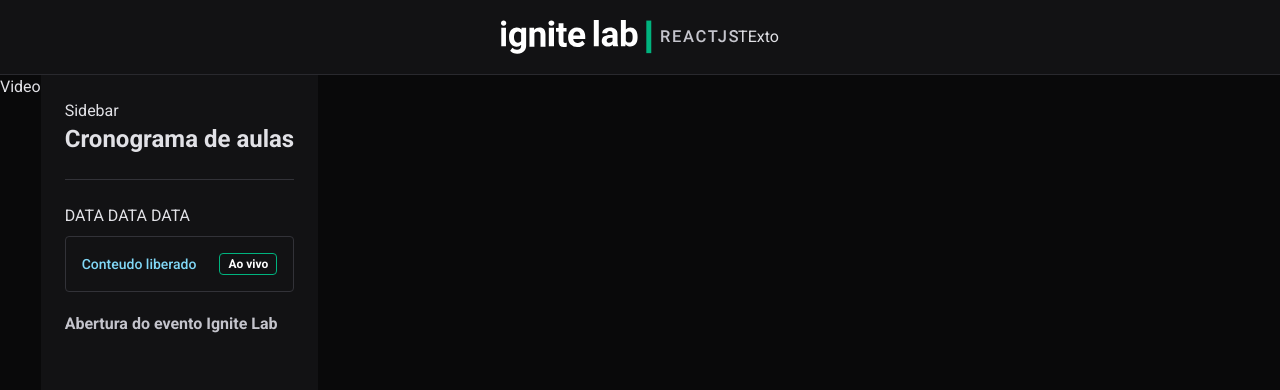
Repository: weltergab/Event_Plataform-IgniteLab
Page: /
The author's editor kept a copy of each file at every save. The page is drawn from the files as they stood at one save, then again after the next save.
The browser window is 1280 px wide. The pictures show the whole page.
The page's requests for data from a server got no answer. The project was rebuilt for these pictures with package versions that can differ from the ones it lists, and the page was loaded fresh each time. No one was signed in, and anything a server would have sent is missing. Also part of the build but not shown: vite.config.ts.

Above is the page before, as saved 2022-06-24 17:01:34.

After the next save:
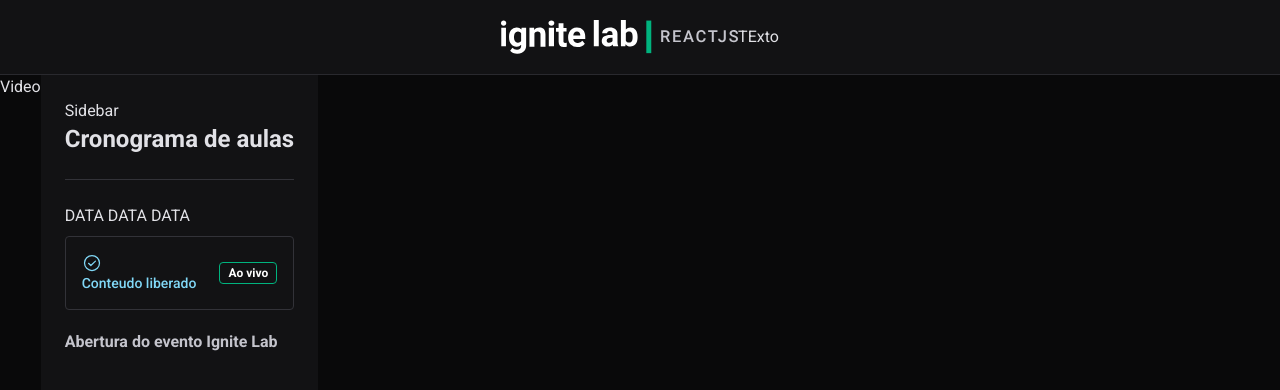
Saved 41 s later.
--- a/src/components/Lesson.tsx
+++ b/src/components/Lesson.tsx
@@ -1,4 +1,4 @@
-import {CheckCircle} from 'phosphor-react'
+import { CheckCircle } from 'phosphor-react'
 
 export function Lesson() {
     return (
@@ -10,6 +10,7 @@
             <div className="rounded border border-gray-500 p-4 mt-2">
                 <header className="flex items-center justify-between">
                     <span className="text-sm text-blue-500 font-medium">
+                        <CheckCircle size={20} />
                         Conteudo liberado
                     </span>
                     <span className="text-xs rounded py-[0.125rem] px-2 text-white border border-green-300 font-bold">
